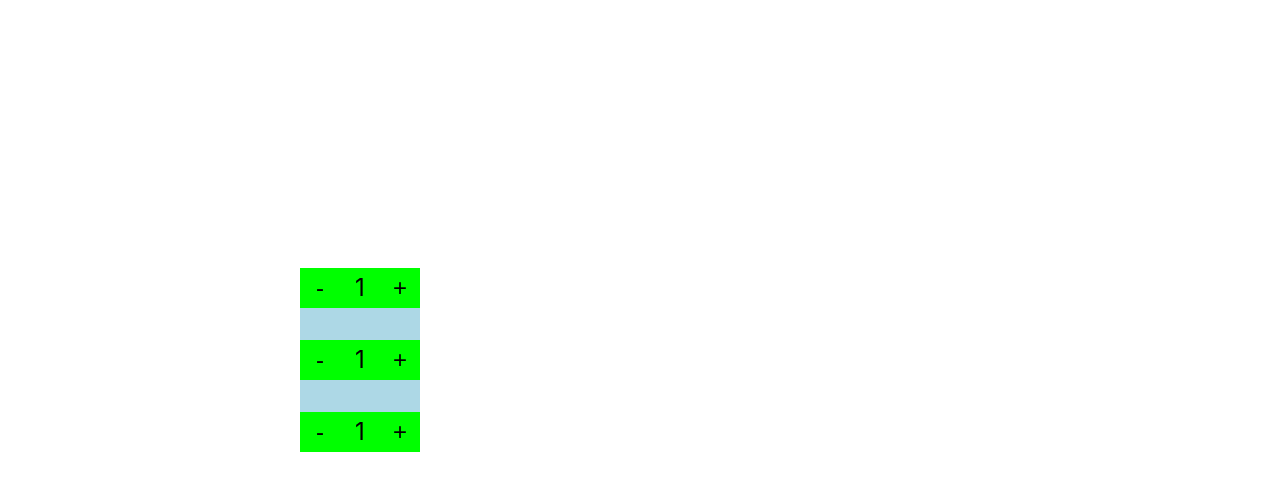
Repository: max535/test-task-netrika
Page: /
The author's editor kept a copy of each file at every save. The page is drawn from the files as they stood at one save, then again after the next save.
The browser window is 1280 px wide. The pictures show the whole page.
The project was rebuilt for these pictures with package versions that can differ from the ones it lists, and the page was loaded fresh each time.

Above is the page before, as saved 2021-10-16 07:27:13.

After the next save:
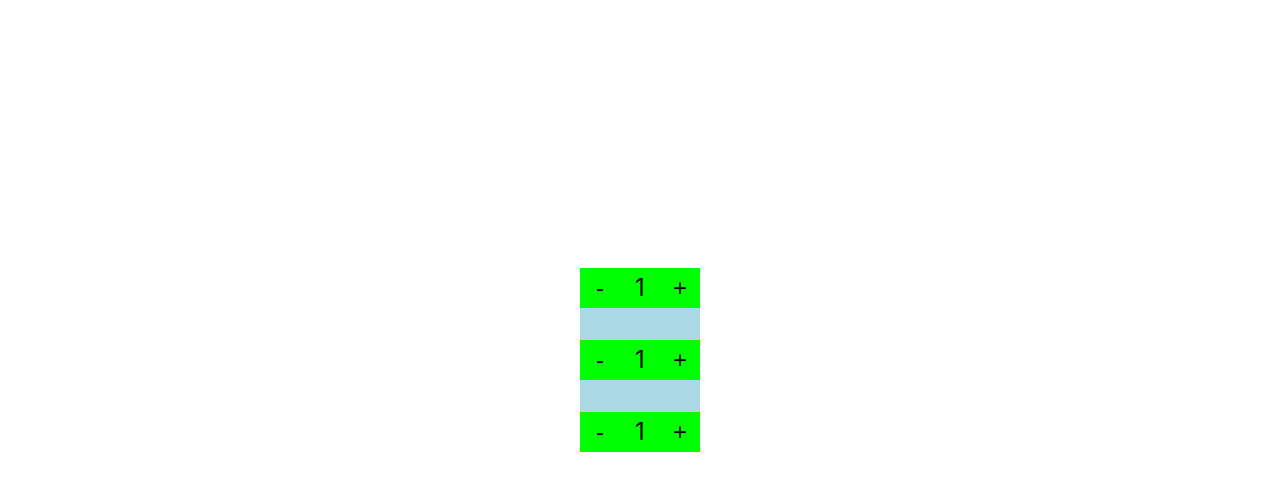
Saved 63 s later.
--- a/src/App.css
+++ b/src/App.css
@@ -1,6 +1,9 @@
 .App {
-  width: 100vh;
-  height: 100vh;
+  position: fixed;
+  top: 0;
+  left: 0;
+  width: 100%;
+  height: 100%;
   display: flex;
   flex-direction: column;
   justify-content: center;
